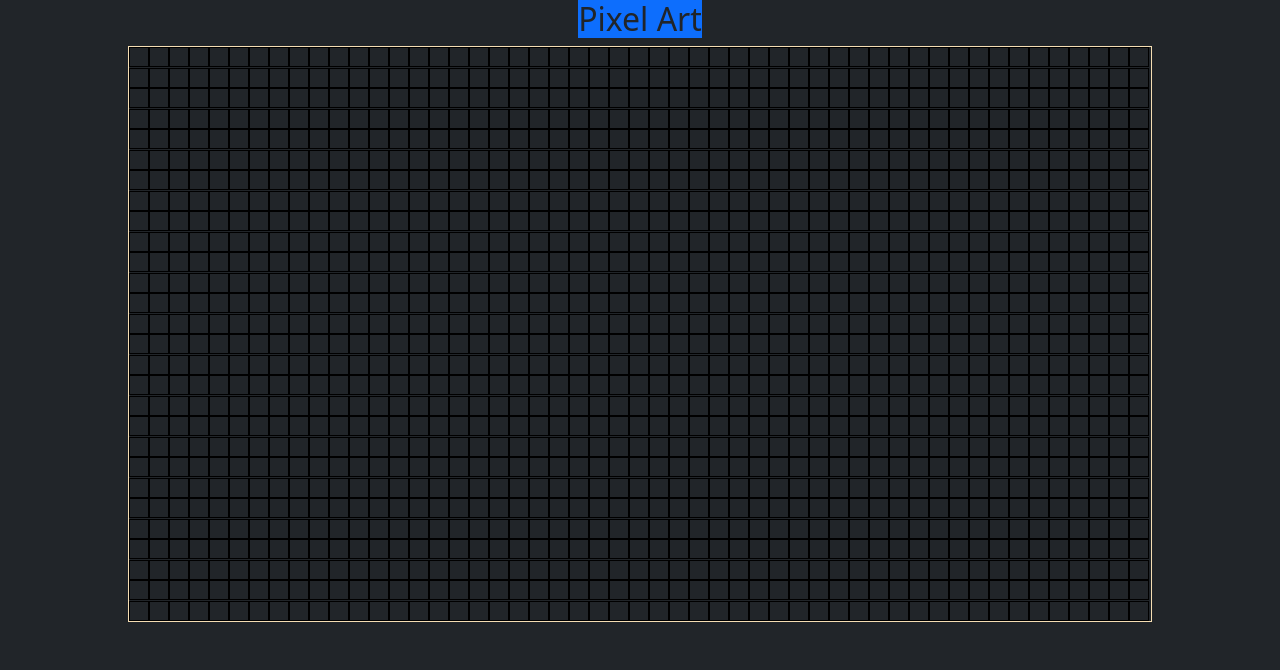
Repository: bechara611/pixelartdb
Page: /
An editor plug-in stored every save of this project. The page is shown before and after the next save, followed by the edit.
The browser window is 1280 px wide. The pictures show the whole page.
The project was rebuilt for these pictures with package versions that can differ from the ones it lists, and the page was loaded fresh each time. Also part of the build but not shown: vite.config.js.

Above is the page before, as saved 2023-03-06 13:47:33.

After the next save:
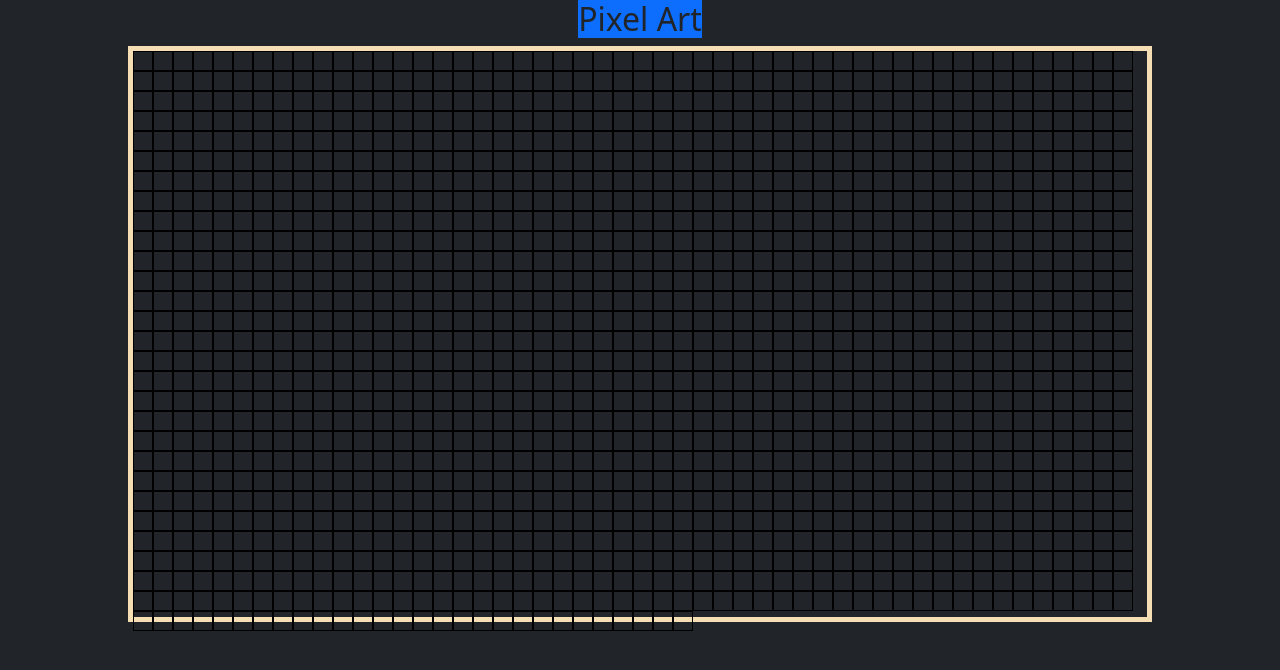
Saved 9 s later.
--- a/src/App.css
+++ b/src/App.css
@@ -25,7 +25,7 @@
 }
 
 .contenedor {
-  border: 1px solid wheat;
+  border: 5px solid wheat;
   display: flex;
   flex-direction: row;
   flex-wrap: wrap;
